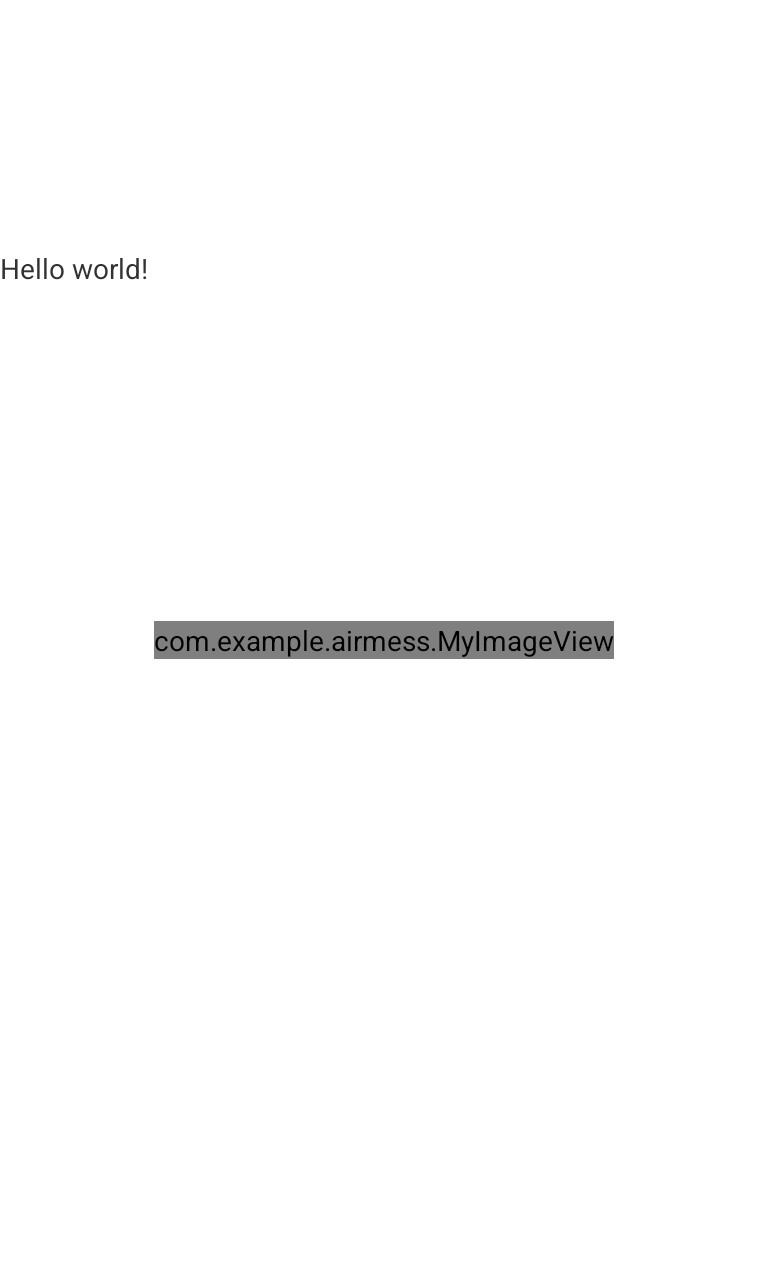
Repository: deuxnids/airmess_led
Layout: app/Airmess/res/layout/activity_main.xml
These files come from the project's save history. The layout is drawn as it stood at one moment and after the next save; the edit follows.
Pictures or frames that could not be fetched are drawn as grey boxes. It is drawn on a 768 x 1280 px phone screen (xhdpi) without system bars, with theme AppTheme; the app's code is not run.

Above is the layout before, as saved 2013-12-20 17:09:49.

After the next save:
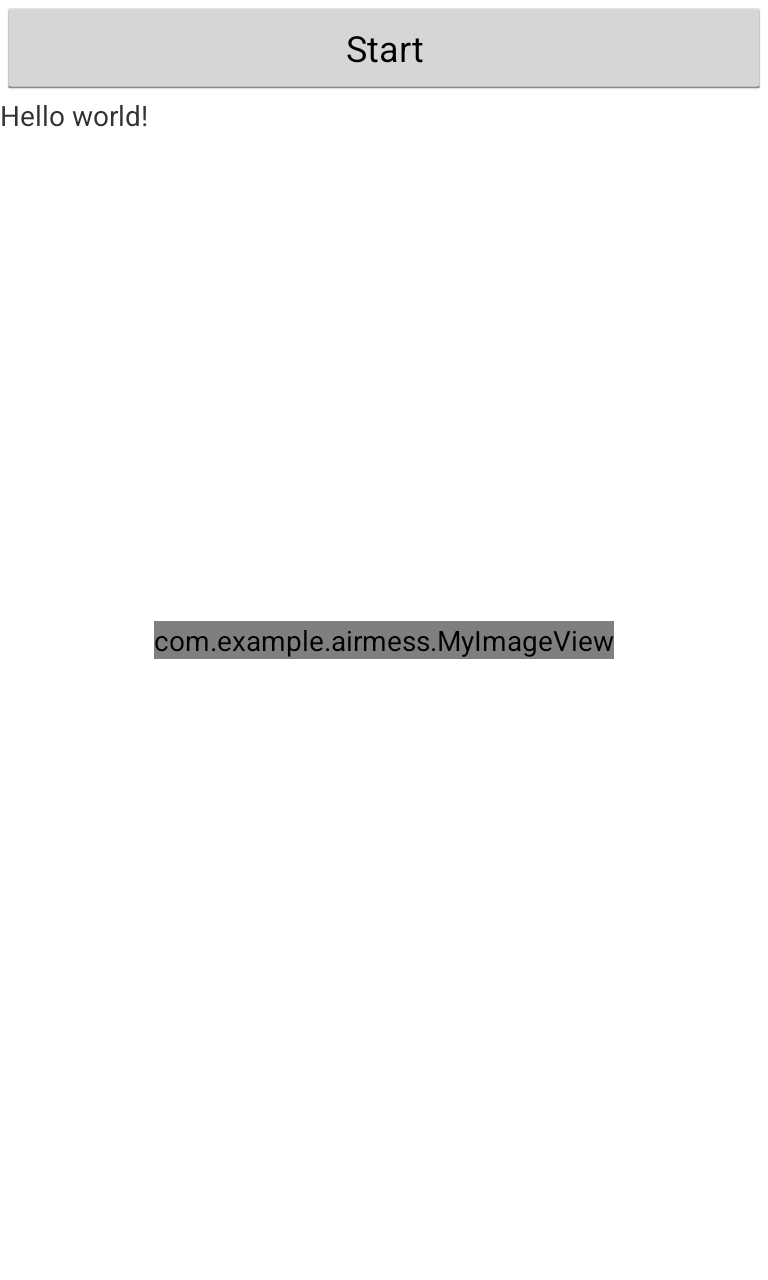
Saved 23 s later.
--- a/app/Airmess/res/layout/activity_main.xml
+++ b/app/Airmess/res/layout/activity_main.xml
@@ -6,13 +6,13 @@
 
     <Button
 	        android:id="@+id/start"
-		    android:layout_width="fill_content"
+		    android:layout_width="fill_parent"
 		    android:layout_height="wrap_content"
 			android:text="Start" />
 
 	<TextView
         	android:id="@+id/status"
-	        android:layout_width="wrap_content"
+	        android:layout_width="fill_parent"
 	        android:layout_height="wrap_content"
 	        android:layout_below="@+id/start"
 	        android:text="@string/hello_world" />
